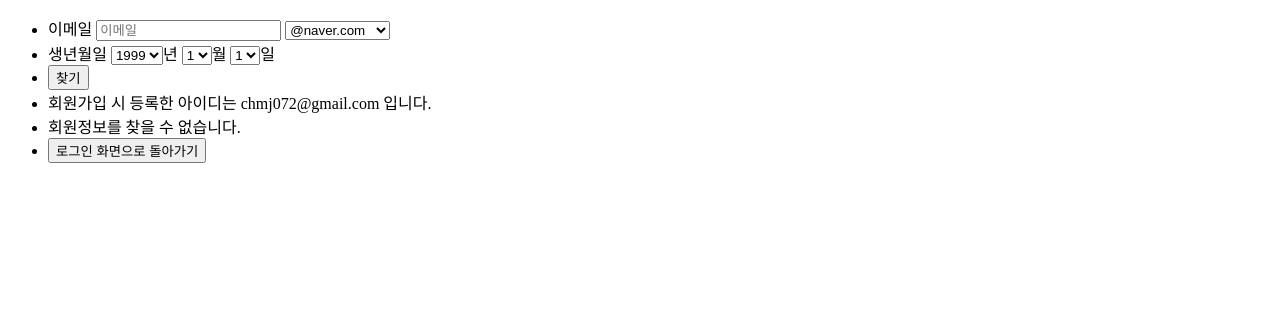
Repository: onpul/TEAM1
Page: http://localhost/Riding/mj/SearchPasswordForm.jsp
These files come from the project's save history. The page is drawn as it stood at one moment and after the next save; the edit follows.
The browser window is 1280 px wide. The pictures show the whole page.
The page is served by Tomcat 9. Other server files are loaded and not shown.

Above is the page before, as saved 2022-06-04 10:06:18.

### Riding/WebContent/mj/SearchPasswordForm.jsp
<%@ page contentType="text/html; charset=UTF-8"%>
<%
	request.setCharacterEncoding("UTF-8");
	String cp = request.getContextPath();
%>
<!DOCTYPE html>
<html>
<head>
<meta charset="UTF-8">
<title>Insert title here</title>
</head>
<body>
<div>
	<form action="">
		<ul>
			<li>이메일
				<input type="text" placeholder="이메일"/></input>
					<select name="" id="">
						<option value="네이버">@naver.com</option>
						<option value="구글">@google.com</option>
						<option value="네이트">@nate.com</option>
					</select>
			</li>
			<li>생년월일
				<select name="birthyear" id="birthyear">
					<option value="year">1999</option>
					<option value="year">2000</option>
					<option value="year">2001</option>
				</select>년
				<select name="birthmonth" id="birthmonth">
					<option value="month">1</option>
					<option value="month">2</option>
					<option value="month">3</option>
				</select>월
				<select name="birthday" id="birthday">
					<option value="day">1</option>
					<option value="day">2</option>
					<option value="day">3</option>
				</select>일
			</li>
			<li><input type="button" value="찾기"/></li>
			<li><span>회원가입 시 등록한 아이디는 chmj072@gmail.com 입니다.</span></li>
			<li><span>회원정보를 찾을 수 없습니다.</span></li>
			<li><input type="button" value="로그인 화면으로 돌아가기"/></li>
		</ul>
	</form>
</div>
</body>
</html>

After the next save:
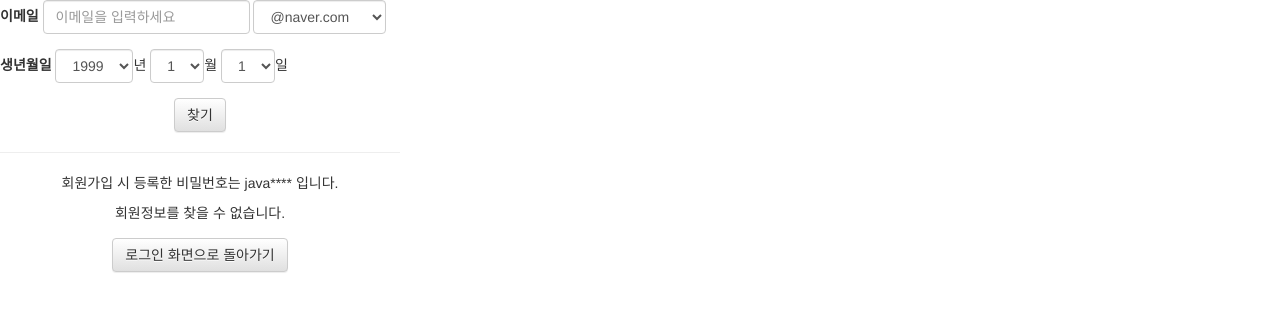
Saved 16 s later.
--- a/Riding/WebContent/mj/SearchPasswordForm.jsp
+++ b/Riding/WebContent/mj/SearchPasswordForm.jsp
@@ -7,43 +7,72 @@
 <html>
 <head>
 <meta charset="UTF-8">
-<title>Insert title here</title>
+<title>SearchPasswordForm.jsp</title>
+<!-- 제이쿼리 -->
+<script src="https://ajax.googleapis.com/ajax/libs/jquery/3.3.1/jquery.min.js"></script>
+
+<!-- 합쳐지고 최소화된 최신 CSS -->
+<link rel="stylesheet" href="https://maxcdn.bootstrapcdn.com/bootstrap/3.3.2/css/bootstrap.min.css">
+
+<!-- 부가적인 테마 -->
+<link rel="stylesheet" href="https://maxcdn.bootstrapcdn.com/bootstrap/3.3.2/css/bootstrap-theme.min.css">
+
+<!-- 합쳐지고 최소화된 최신 자바스크립트 -->
+<script src="https://maxcdn.bootstrapcdn.com/bootstrap/3.3.2/js/bootstrap.min.js"></script>
+<style type="text/css">
+	.searchIdFormBox
+	{
+		width: 400px;
+	}
+	.goLoginBtn, .result-text, .searchBtn
+	{
+		text-align: center;
+	}
+</style>
 </head>
 <body>
-<div>
-	<form action="">
-		<ul>
-			<li>이메일
-				<input type="text" placeholder="이메일"/></input>
-					<select name="" id="">
-						<option value="네이버">@naver.com</option>
-						<option value="구글">@google.com</option>
-						<option value="네이트">@nate.com</option>
-					</select>
-			</li>
-			<li>생년월일
-				<select name="birthyear" id="birthyear">
-					<option value="year">1999</option>
-					<option value="year">2000</option>
-					<option value="year">2001</option>
-				</select>년
-				<select name="birthmonth" id="birthmonth">
-					<option value="month">1</option>
-					<option value="month">2</option>
-					<option value="month">3</option>
-				</select>월
-				<select name="birthday" id="birthday">
-					<option value="day">1</option>
-					<option value="day">2</option>
-					<option value="day">3</option>
-				</select>일
-			</li>
-			<li><input type="button" value="찾기"/></li>
-			<li><span>회원가입 시 등록한 아이디는 chmj072@gmail.com 입니다.</span></li>
-			<li><span>회원정보를 찾을 수 없습니다.</span></li>
-			<li><input type="button" value="로그인 화면으로 돌아가기"/></li>
-		</ul>
+<div class="searchIdFormBox">
+	<form action="" class="searchIdForm">
+		<div class="form-group form-inline">
+			<label for="inputEmail">이메일</label>
+	    	<input type="email" class="form-control" id="inputEmail" placeholder="이메일을 입력하세요">
+			<select name="" id="" class="form-control">
+				<option value="네이버">@naver.com</option>
+				<option value="구글">@google.com</option>
+				<option value="네이트">@nate.com</option>
+			</select>
+	    </div>
+	    <div class="form-group form-inline">
+	    	<label for="">생년월일</label>
+	    	<select name="birthyear" id="birthyear" class="form-control">
+				<option value="year">1999</option>
+				<option value="year">2000</option>
+				<option value="year">2001</option>
+			</select>년
+			<select name="birthmonth" id="birthmonth" class="form-control">
+				<option value="month">1</option>
+				<option value="month">2</option>
+				<option value="month">3</option>
+			</select>월
+			<select name="birthday" id="birthday" class="form-control">
+				<option value="day">1</option>
+				<option value="day">2</option>
+				<option value="day">3</option>
+			</select>일
+	    </div>
+	    <div class="form-group searchBtn">
+			<input type="button" class="btn btn-default" value="찾기"/>
+		</div>
+		<hr />
+	    <div class="form-group result-text">
+	    	<p>회원가입 시 등록한 비밀번호는 java**** 입니다.</p>
+			<p>회원정보를 찾을 수 없습니다.</p>
+	    </div>
+	    <div class="form-group goLoginBtn">
+			<input type="button" class="btn btn-default" value="로그인 화면으로 돌아가기"/>
+		</div>
 	</form>
+</div>
 </div>
 </body>
 </html>
